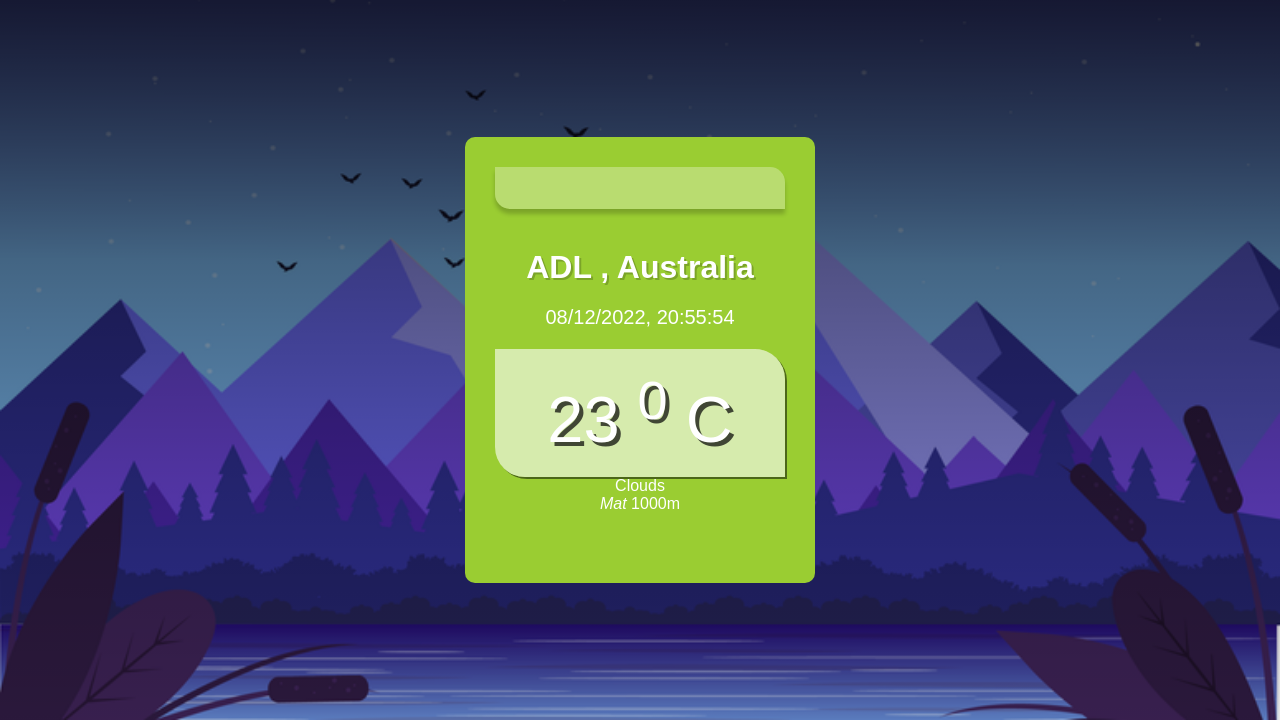
Repository: andrewhuynh561/weather-app-1
Page: index.html
These files come from the project's save history. The page is drawn as it stood at one moment and after the next save; the edit follows.
The browser window is 1280 px wide. The pictures show the whole page.

Above is the page before, as saved 2022-12-08 21:13:21.

After the next save:
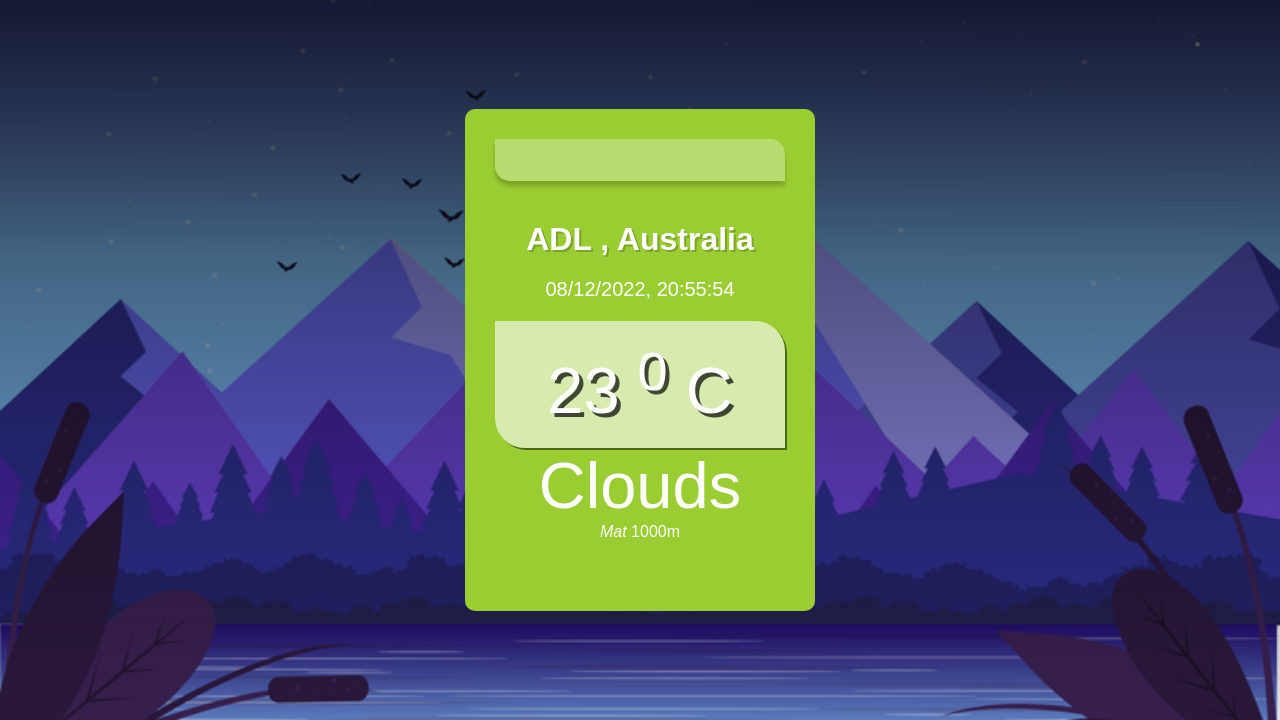
Saved 25 s later.
--- a/style.css
+++ b/style.css
@@ -55,3 +55,6 @@ body{
     border-radius: 0 30px;
     padding: 20px;
 }
+.short-desc{
+    font-size: 65px;
+}
